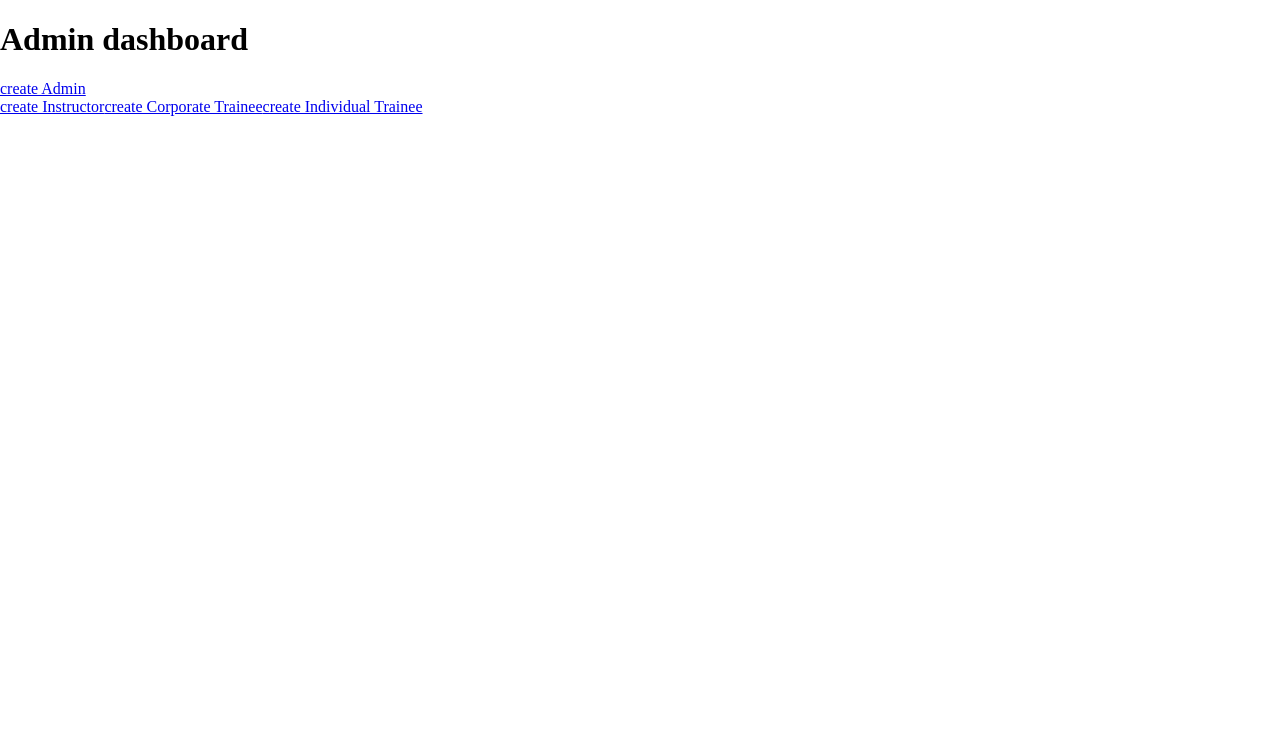
Repository: alafty/ACML-Project
Page: /adminDashboard (app in frontend/)
These files come from the project's save history. The page is drawn as it stood at one moment and after the next save; the edit follows.
The browser window is 1280 px wide. The pictures show the whole page.
The project was rebuilt for these pictures with package versions that can differ from the ones it lists, and the page was loaded fresh each time. Also part of the build but not shown: frontend/src/components/header.tsx, frontend/src/pages/Register/Register.tsx, frontend/src/utils/authUtils.ts, frontend/src/constants/app_config.ts, frontend/src/utils/httpClient.ts, frontend/src/app/UsersServices.ts, frontend/src/pages/Login/Login.tsx, frontend/src/pages/Login/ForgotPassword.tsx and 21 more. Imported but missing from the stored project, and not drawn on this page: frontend/src/pages/Course/CourseDetails, frontend/src/pages/Legal/Legal, frontend/src/reportWebVitals.

Above is the page before, as saved 2023-01-03 03:48:37.

### frontend/src/index.js
import React from 'react';
import { createRoot } from 'react-dom/client';
import { Provider } from 'react-redux';
import { store } from './app/store';
import App from './App';
import reportWebVitals from './reportWebVitals';

const container = document.getElementById('root');
const root = createRoot(container);

root.render(
  <React.StrictMode>
    <Provider store={store}>
      <App />
    </Provider>
  </React.StrictMode>
);

// If you want to start measuring performance in your app, pass a function
// to log results (for example: reportWebVitals(console.log))
// or send to an analytics endpoint. Learn more: https://bit.ly/CRA-vitals
reportWebVitals();

### frontend/src/App.tsx
import React from "react";
import { BrowserRouter as Router, Routes, Route } from "react-router-dom";
import Register from "./pages/Register/Register";
import Login from "./pages/Login/Login";
import ForgotPassword  from './pages/Login/ForgotPassword'
import ResetPassword  from './pages/Login/ResetPassword'

import Landing from "./pages/Landing";
import IndividualTrainee from "./pages/Register/IndividualTraineeRegister";
import InstructorRegister from "./pages/Register/InstructorRegister";
import CorporateTrainee from "./pages/Register/CorporateTraineeRegister";
import CreateQuiz from "./pages/Instructor/CreateQuiz";
import InstructorDetails from "./pages/Instructor/InstructorDetails";
import Home from "./pages/Home";
import Legal from "./pages/Legal/Legal";
import LegalInstructor from "./pages/Legal/LegalInstructor";
import CourseDetails from "./pages/Course/CourseDetails";
import Rate from "./pages/Rate";
import SubtitleDetail from "./pages/Course/SubtitleDetail";
import SolveSolveEx from './pages/Course/SolveSolveEx';
import LandingInstructor from "./pages/LandingInstructor";
import AdminDashboard from "./pages/admin/adminDashboard";
const defaultGlobalState = {
  loggedInUser: { user: String, instructor: String },
};

const globalStateContext = React.createContext(defaultGlobalState);
const dispatchStateContext = React.createContext(undefined);

const GlobalStateProvider = ({ children }) => {
  const [state, dispatch] = React.useReducer(
    (state, newValue) => ({ ...state, ...newValue }),
    defaultGlobalState
  );
  return (
    <globalStateContext.Provider value={state}>
      <dispatchStateContext.Provider value={dispatch}>
        {children}
      </dispatchStateContext.Provider>
    </globalStateContext.Provider>
  );
};

export const useGlobalState = () => [
  React.useContext(globalStateContext),
  React.useContext(dispatchStateContext),
];




function app() {

  return (
    <GlobalStateProvider>
      <Router>
        <div>
          <Routes>
            <Route path='/' element={<Landing/>} />
            <Route path="/" element={<Landing />} />
            <Route path="/register" element={<Register />} />
            <Route path="/login" element={<Login />} />
            <Route path='/rate' element={<Rate/>} />
            <Route
              path="/indivTraineeRegister"
              element={<IndividualTrainee />}
            />
            <Route
              path="/instructorRegister"
              element={<InstructorRegister />}
            />
            <Route path="/corpTraineeRegister" element={<CorporateTrainee />} />
            <Route path="/home" element={<Home />} />
            <Route path="/instructorHome" element={<InstructorDetails />} />
            <Route path="/instructor" element={<LandingInstructor/>} />
            <Route path="/createquiz" element={<CreateQuiz />} />
            <Route path="/course=:id" element={<CourseDetails />} />
            <Route path='/instructorHome' element={<InstructorDetails/>} />
            <Route path='/legal' element= {<Legal/>} />
            <Route path='/legalinstructor' element= {<LegalInstructor/>} />
            <Route path='/course=:id/sub=:subId' element={<SubtitleDetail />} />
            <Route path="/forgot-password" element={<ForgotPassword />} />
			      <Route path="/password-reset/:id/:token" element={<ResetPassword />} />
            <Route path='/getQuiz' element={<SolveSolveEx QuizID= {2}/>} />
            <Route path="/adminDashboard" element={<AdminDashboard />} />


          </Routes>
        </div>
      </Router>
    </GlobalStateProvider>

  )
}

export default app;

### frontend/src/pages/admin/adminDashboard.tsx
import { Link } from "react-router-dom"


function AdminDashboard () {

    return(
        <div>
        <h1>Admin dashboard</h1>
        <Link to="/createAdmin">create Admin</Link> <br />
        <Link to="/createInstructor">create Instructor</Link>
        <Link to="/createCorpTrainee">create Corporate Trainee</Link>
        <Link to="/createindivTrainee">create Individual Trainee</Link>



        </div>

    )

}
export default AdminDashboard

### frontend/src/Styling/mainLayout.css

:root {
    --primaryLight: #bae7e4;
    --primary: #4b96a9;
    --secondary: #52adcc;
    --text: #293237;
    --white: #fcfcfc;
}

html, body {
    height: 100%;
    width: 100%;
    margin: 0px;
}

.container {
    display: flex;
    flex-direction: column;
}

.logo {
    background-image: url('../assets/logo.png');
    background-size: cover;
    width: 300px;
    height: 80px;
}

.search-bar {
    width: 100%;
    background-color: var(--primaryLight);
    border-radius: 10px;
}

.selector {
    width: 400px;
    margin-left: 160px;
    background-color: var(--white);
}

#button-search {
    margin-left: 20px;
    padding: 10px;
    padding-inline: 20px;
    color: var(--white);
    background-color: var(--secondary);
}
.landing-header {
    font-family:'Gill Sans', 'Gill Sans MT', Calibri, 'Trebuchet MS', sans-serif;
    font-size: 64px;
    padding-left: 2%;
    padding-top: 5%;
    color: var(--text);
    margin-bottom: -2%;
}
.course-details-title {
    font-family:'Gill Sans', 'Gill Sans MT', Calibri, 'Trebuchet MS', sans-serif;
    font-size: 48px;
    padding-left: 20px;
    margin-bottom: -5px;
    color: var(--text);
}

.course-details-description {
    font-family:'Times New Roman', Times, serif;
    font-weight:lighter;
    font-size: 18px;
    padding-left: 20px;
    color: var(--text);
}

.course-details-rating {
    font-family:'Gill Sans', 'Gill Sans MT', Calibri, 'Trebuchet MS', sans-serif;
    font-weight:600;
    font-size: 24px;
    padding-left: 20px;
    color: var(--text);
}

.course-details-rating-count {
    font-family:'Times New Roman', Times, serif;
    font-weight:lighter;
    font-size: 20px;
    padding-left: 20px;
    color: var(--secondary);
}

.course-details-instructor-info{
    width: 100%;
    height: 55%;
    background-color: var(--text);
}
.course-details-instructor-header{
    font-family:'Gill Sans', 'Gill Sans MT', Calibri, 'Trebuchet MS', sans-serif;
    font-size: 38px;
    font-weight: bolder;
    padding-left: 6%;
    margin-top: 0;
    margin-bottom: -5px;
    color: var(--primary);
}
.course-details-instructor-name{
    font-family:'Gill Sans', 'Gill Sans MT', Calibri, 'Trebuchet MS', sans-serif;
    font-size: 38px;
    padding-left: 6%;
    margin-top: -1%;
    margin-bottom: -5px;
    color: var(--white);
}

.course-details-instructor-bio{
    font-family:'Times New Roman', Times, serif;
    font-weight:lighter;
    font-size: 22px;
    padding-left: 6%;
    padding-right: 8%;
    color: var(--primaryLight);
}

.course-details-instructor-rating {
    font-family:'Gill Sans', 'Gill Sans MT', Calibri, 'Trebuchet MS', sans-serif;
    font-weight:600;
    font-size: 28px;
    padding-left: 6%;
    color: var(--white);
}

.course-details-instructor-rating-count {
    font-family:'Times New Roman', Times, serif;
    font-weight:lighter;
    font-size: 20px;
    padding-left: 6%;
    color: var(--primaryLight);
}

.course-details-price {
    font-family:'Gill Sans', 'Gill Sans MT', Calibri, 'Trebuchet MS', sans-serif;
    font-weight:bolder;
    font-size: 42px;
    margin-bottom: 0%;
    color: var(--text);
}

.course-details-subtitle{
    padding-left: 1%;
    margin-top: 1%;
    margin-Inline: 2%;
    height: 100px;
    border: 1px solid var(--primary);
    border-radius: 10px;
    border-bottom: 0;
    background-color: var(--primary);

}
.course-details-subtitle-header{
    font-family: 'Gill Sans', 'Gill Sans MT', Calibri, 'Trebuchet MS', sans-serif;
    font-size: 24px;
    font-weight: 600;
    margin-top: 10px;
}

.course-details-subtitle-description{
    font-family:'Times New Roman', Times, serif;
    font-size: 18px;
    font-weight: 400;
    margin-top: 10px;
}

.landing-card {
    background-color: var(--primaryLight);
    flex-direction: 'row';
    width: 85vw;
    height: 60vh;
    border-radius: 20px;
    margin-left: 7.5%;
    margin-top: 5%;
}
.register-card {
    background-color: var(--primaryLight);
    flex-direction: 'row';
    width: 60vw;
    height: 80vh;
    border-radius: 20px;
    margin-left: 20%;
    margin-top: 5%;
}

.body {
        background-color: var(--white);
        height: 100vh;
        background-size: cover;
}

.title {
    font-family: Arial, Helvetica, sans-serif;
    font-size: 64px;
    margin-top: 250px;
    padding-inline: 150px;
    color: var(--text);
}

.landing-subtitle {
    font-family:'Times New Roman', Times, serif;
    font-weight:lighter;
    font-size: 24px;
    padding-left: 2%;
    padding-top: 2%;
    color: var(--text);
}

#big-button-primary {
    padding-inline: 50px;
    padding-block: 10px;
    background-color: var(--primary);
    margin: 2%;
    font-size: 24px;
}

#big-button-primary-outlined {
    padding-inline: 50px;
    padding-block: 10px;
    border-color: var(--secondary);
    color: var(--secondary);
    margin: 20px;
    font-size: 24px;
}

.form{
    display: flex;
    flex-direction: column;
    justify-content: center;
    align-items: center;
    margin-inline: 5%;
    margin-top: 5%;
}

.legal-border{
    margin: 20px;
    padding: 20px;
    background-color: #ffffff;
    border-radius: 20px;
}

#small-button-primary{
    background-color: var(--primary);
    margin-left: 1%;
}

.courses-panel-bg{
    display: flex;
    flex-direction: row;
    padding: 20px;
    border-radius: 20px;
    background-color: var(--white);
    width: 75%;
    height: 40%;
    margin-left: 150px;
    box-shadow: rgba(100, 100, 111, 0.2) 0px 7px 29px 0px;

}

.course-card{
    display: flex;
    flex-direction: column;
    justify-content: 'space-between';
    padding: 10px;
    border-radius: 10px;
    background-color: var(--primaryLight);
    min-width: 400px;
    width: 400px;
    height: 440px;
    margin-inline: 20px;
    margin-block: 10px;
    box-shadow: rgba(100, 100, 111, 0.2) 0px 7px 29px 0px;
}

Loaded but not shown: frontend/public/index.html (common file); frontend/src/app/store.js (common file)

After the next save:
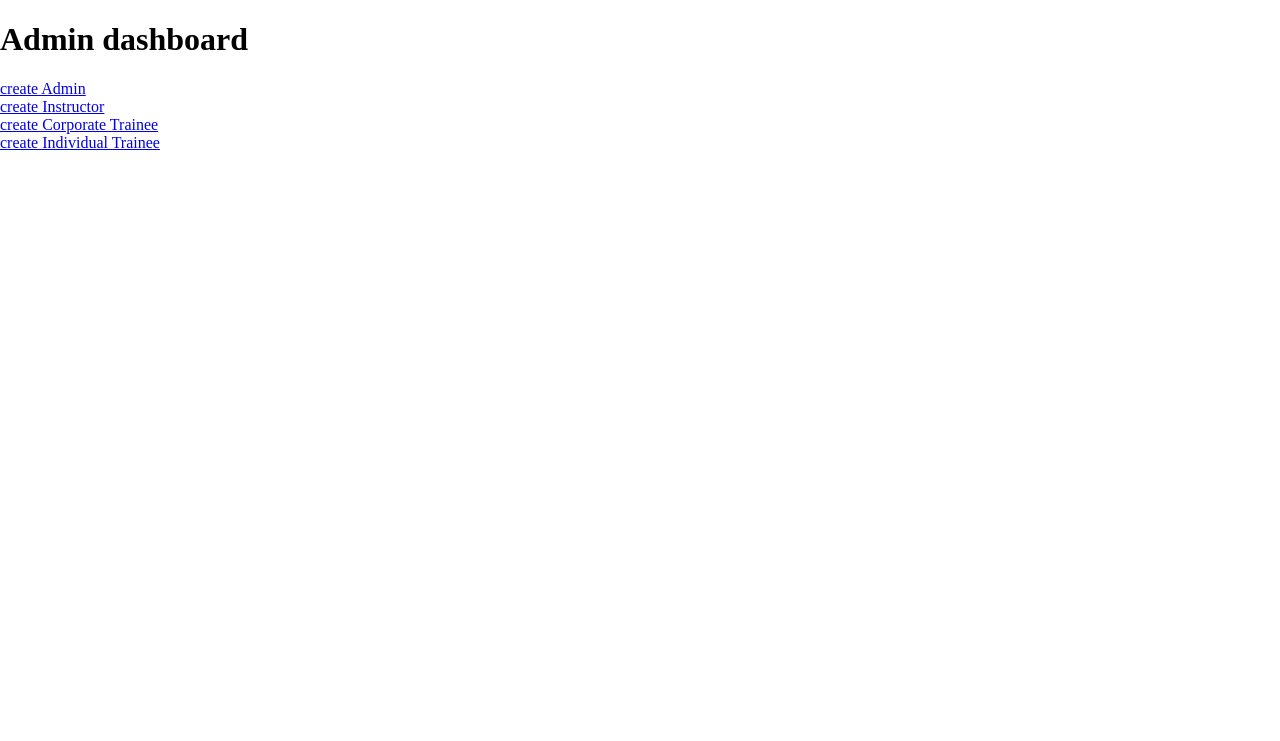
Saved 9 s later.
--- a/frontend/src/pages/admin/adminDashboard.tsx
+++ b/frontend/src/pages/admin/adminDashboard.tsx
@@ -7,8 +7,8 @@ function AdminDashboard () {
         <div>
         <h1>Admin dashboard</h1>
         <Link to="/createAdmin">create Admin</Link> <br />
-        <Link to="/createInstructor">create Instructor</Link>
-        <Link to="/createCorpTrainee">create Corporate Trainee</Link>
+        <Link to="/createInstructor">create Instructor</Link> <br />
+        <Link to="/createCorpTrainee">create Corporate Trainee</Link> <br />
         <Link to="/createindivTrainee">create Individual Trainee</Link>
 
 
